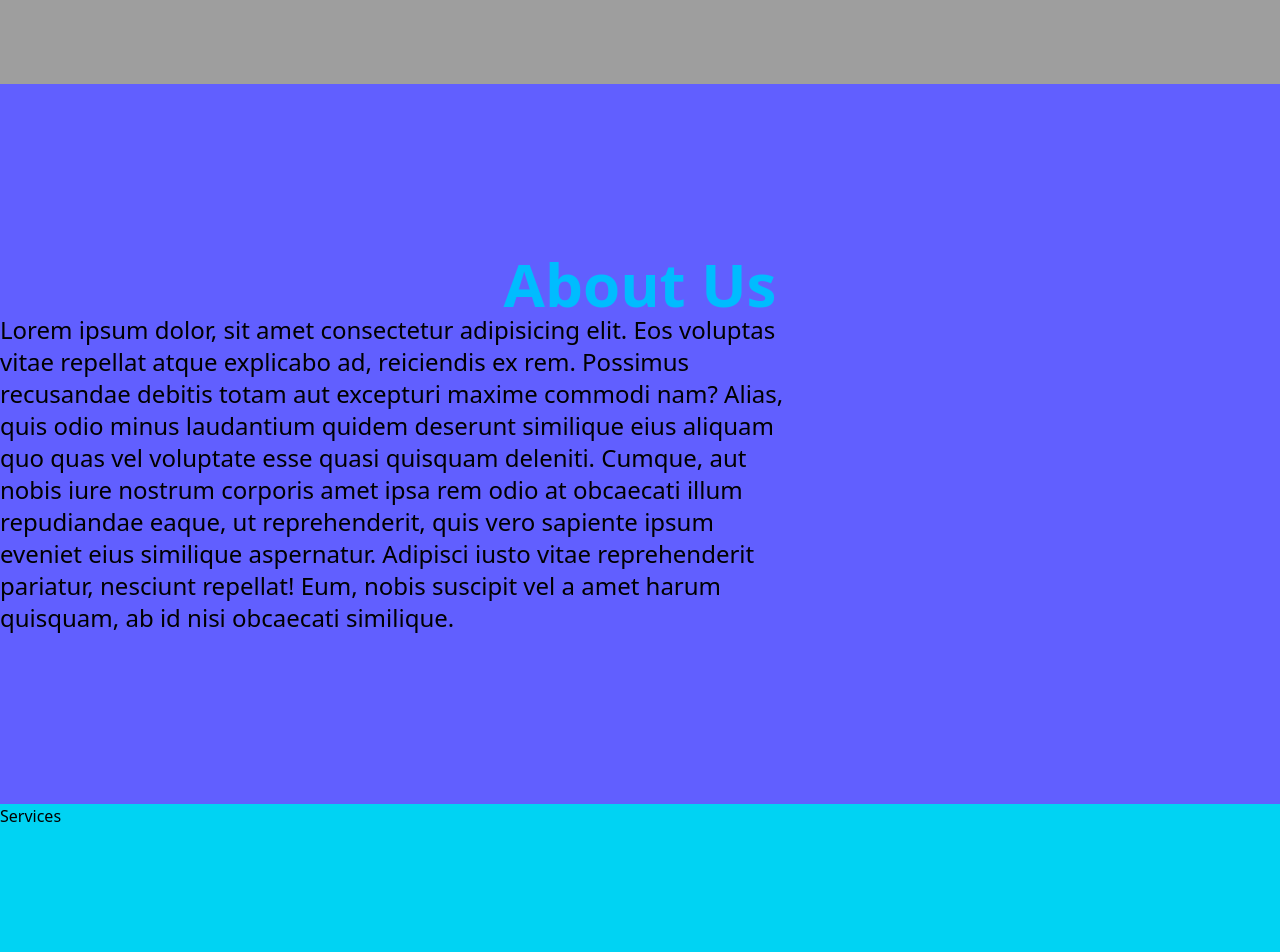
Repository: ajay-maurya-dev/Login
Page: /
These files come from the project's save history. The page is drawn as it stood at one moment and after a run of saves; the edit follows.
The browser window is 1280 px wide. The pictures show the part of the page from y = 636 to 1588 px (the page is 2880 px tall).
Pictures or frames that could not be fetched are drawn as grey boxes. Backgrounds fixed to the window are drawn as part of the page. The project was rebuilt for these pictures with package versions that can differ from the ones it lists, and the page was loaded fresh each time. Also part of the build but not shown: vite.config.js.

Above is the page before, as saved 2026-10-24 23:41:47.

### index.html
<!doctype html>
<html lang="en">
  <head>
    <meta charset="UTF-8" />
    <link rel="icon" type="image/svg+xml" href="/favicon.svg" />
    <meta name="viewport" content="width=device-width, initial-scale=1.0" />
    <title>homepage</title>
  </head>
  <body>
    <div id="root"></div>
    <script type="module" src="/src/main.jsx"></script>
  </body>
</html>

### src/index.css
@import "tailwindcss";
@custom-variant dark (&:where(.dark, .dark *));

html {
  scroll-behavior: smooth;
}

### src/App.jsx
import About from "./components/About";
import Footer from "./components/footer";
import Home from "./components/Home";
import Navbar from "./components/Navbar";
import Services from "./components/Services";

function App() {
  return (
    <div className="min-h-screen w-full dark:bg-black dark:text-white">
      {/* Navbar stays fixed or at the top */}
      <Navbar />

      {/* Wrap sections with unique IDs */}
      <section id="home">
        <Home />
      </section>

      <section id="about">
        <About />
      </section>
      <section id="services">
        <Services/>
      </section>
      <Footer />
    </div>
  );
}

export default App;

### src/components/About.jsx


function About() {
  return (
    <div className="w-full min-h-screen bg-indigo-500 z-10 text-2xl dark:bg-black dark:text-white bg-fixed justify-center flex flex-col">
        <h4 className="text-6xl font-extrabold text-sky-400 text-center">About Us</h4>
        <div className="text-2xl dark:text-white w-200">
        <p className="">Lorem ipsum dolor, sit amet consectetur adipisicing elit. Eos voluptas vitae repellat atque explicabo ad, reiciendis ex rem. Possimus recusandae debitis totam aut excepturi maxime commodi nam? Alias, quis odio minus laudantium quidem deserunt similique eius aliquam quo quas vel voluptate esse quasi quisquam deleniti. Cumque, aut nobis iure nostrum corporis amet ipsa rem odio at obcaecati illum repudiandae eaque, ut reprehenderit, quis vero sapiente ipsum eveniet eius similique aspernatur. Adipisci iusto vitae reprehenderit pariatur, nesciunt repellat! Eum, nobis suscipit vel a amet harum quisquam, ab id nisi obcaecati similique.</p>
        </div>
    </div>
  )
}

export default About

### src/components/footer.jsx


function Footer() {
  return (
  <footer className="w-full h-screen dark:bg-black dark:text-white">
    <h1>THE CONTENT ARCHITECTURE</h1>
  </footer>
  )
}

export default Footer

### src/components/Home.jsx



function Home() {
  return (
    <div className="flex w-full justify-center items-center min-h-screen dark:bg-black bg-[url(https://images.unsplash.com/photo-1757513189385-580a91ac7fe4?q=80&w=2070&auto=format&fit=crop&ixlib=rb-4.1.0&ixid=NHwxMjA3fDA%3D)] bg-cover bg-fixed">
    <div className="py-1 text-sky-900 border border-amber-50 text-9xl font-bold flex items-center">
      <h1 className="">BRAND SHOES</h1>
    </div>
    </div>
  );
}

export default Home;

### src/components/Navbar.jsx
import Dark from "./Dark";

function Navbar() {


  return (
    <nav className="flex rounded-4xl text-gray-500 to-white px-10 md:flex-row md:items-center md:h-10 md:w-full dark:bg-black dark:text-white sm:h-full sm:flex-col sm:w-4/7 sm:items-start top-0 fixed ">
      <div className=" flex-1 text-2xl cursor-pointer font-extrabold">LOGO</div>
      <div className="flex flex-1 gap-10 test-2xl font-bold md:flex-row sm:flex-col ">
        <h3 className="cursor-pointer hover:text-cyan-500 active:scale-95 ">
          <a href="#home">HOME</a>
        </h3>
        <h3 className="cursor-pointer hover:text-cyan-500 active:scale-95">
          <a href="#about">ABOUT</a>
        </h3>
        <h3 className="cursor-pointer hover:text-cyan-500 active:scale-95">
          <a href="#services">SERVICES</a>
        </h3>
        <h3 className="cursor-pointer hover:text-cyan-500 active:scale-95">
          PROFILE
        </h3>
        <Dark/>
      </div>
    </nav>
  );
}

export default Navbar;

### src/components/Services.jsx


function Services() {
  return (
    <div className="bg-cyan-400 h-screen w-screen z-20">
      <h1>Services</h1>
    </div>
  )
}

export default Services

### src/components/Dark.jsx
import { useState, useEffect } from "react";

export default function Dark() {
  const [isDark, setIsDark] = useState(false);

  // Sync the true/false state to the HTML document tag
  useEffect(() => {
    const root = window.document.documentElement;
    if (isDark) {
      root.classList.add("dark");
    } else {
      root.classList.remove("dark");
    }
  }, [isDark]);

  return (
    <button
      className="px-1 text-xl rounded-full bg-transparent dark:bg-neutral-800 transition-colors duration-200"
      onClick={() => setIsDark((prev) => !prev)}
    >
      {isDark ? "☀️" : "🌙"}
    </button>
  );
}

Loaded but not shown: src/main.jsx (common file)

After the next 4 saves:
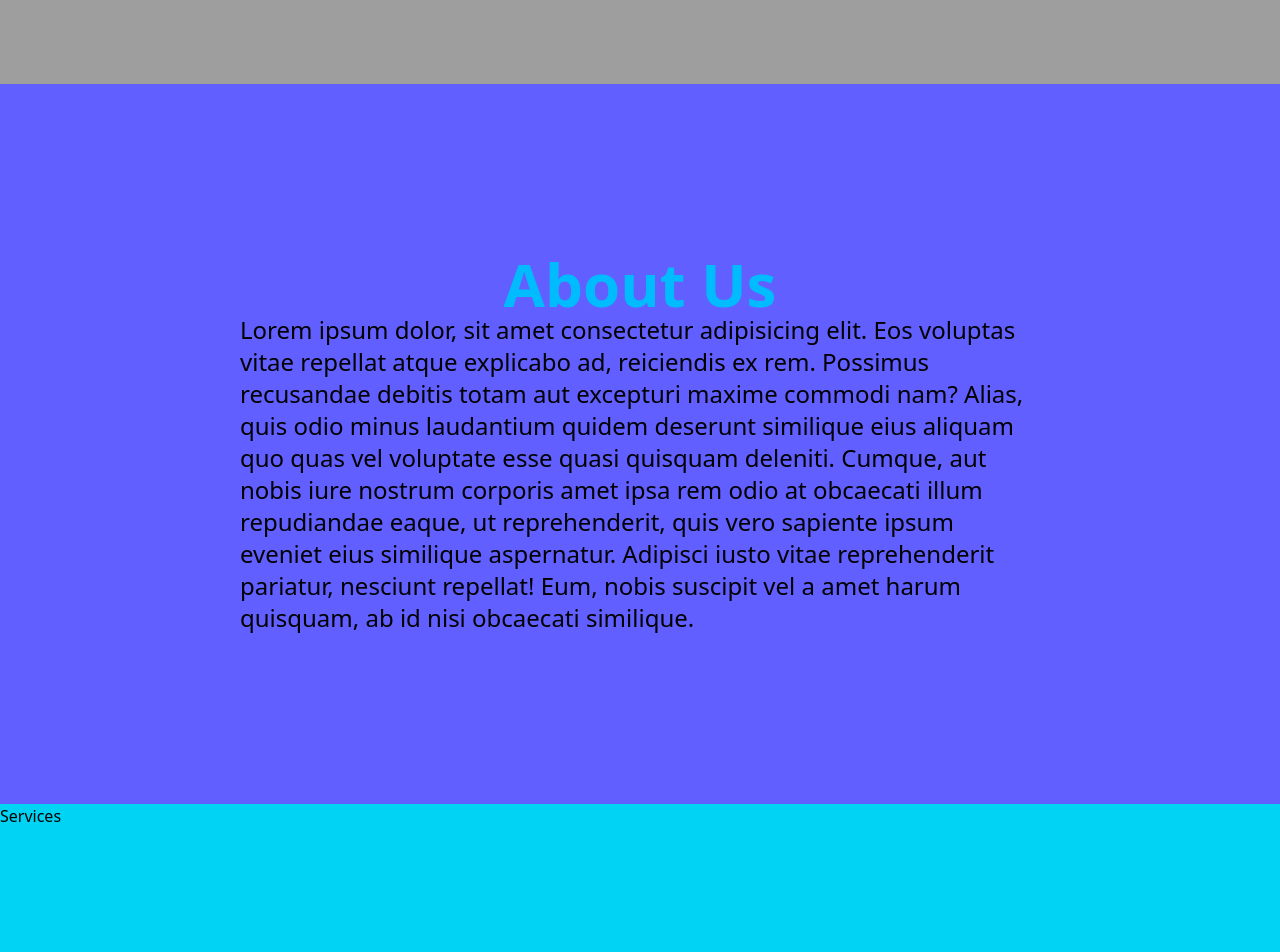
The 4 saves are shown as one change because they came seconds apart.
The last was saved 11 s later.
--- a/src/components/About.jsx
+++ b/src/components/About.jsx
@@ -4,7 +4,7 @@ function About() {
   return (
     <div className="w-full min-h-screen bg-indigo-500 z-10 text-2xl dark:bg-black dark:text-white bg-fixed justify-center flex flex-col">
         <h4 className="text-6xl font-extrabold text-sky-400 text-center">About Us</h4>
-        <div className="text-2xl dark:text-white w-200">
+        <div className="text-2xl dark:text-white w-200 self-center">
         <p className="">Lorem ipsum dolor, sit amet consectetur adipisicing elit. Eos voluptas vitae repellat atque explicabo ad, reiciendis ex rem. Possimus recusandae debitis totam aut excepturi maxime commodi nam? Alias, quis odio minus laudantium quidem deserunt similique eius aliquam quo quas vel voluptate esse quasi quisquam deleniti. Cumque, aut nobis iure nostrum corporis amet ipsa rem odio at obcaecati illum repudiandae eaque, ut reprehenderit, quis vero sapiente ipsum eveniet eius similique aspernatur. Adipisci iusto vitae reprehenderit pariatur, nesciunt repellat! Eum, nobis suscipit vel a amet harum quisquam, ab id nisi obcaecati similique.</p>
         </div>
     </div>
